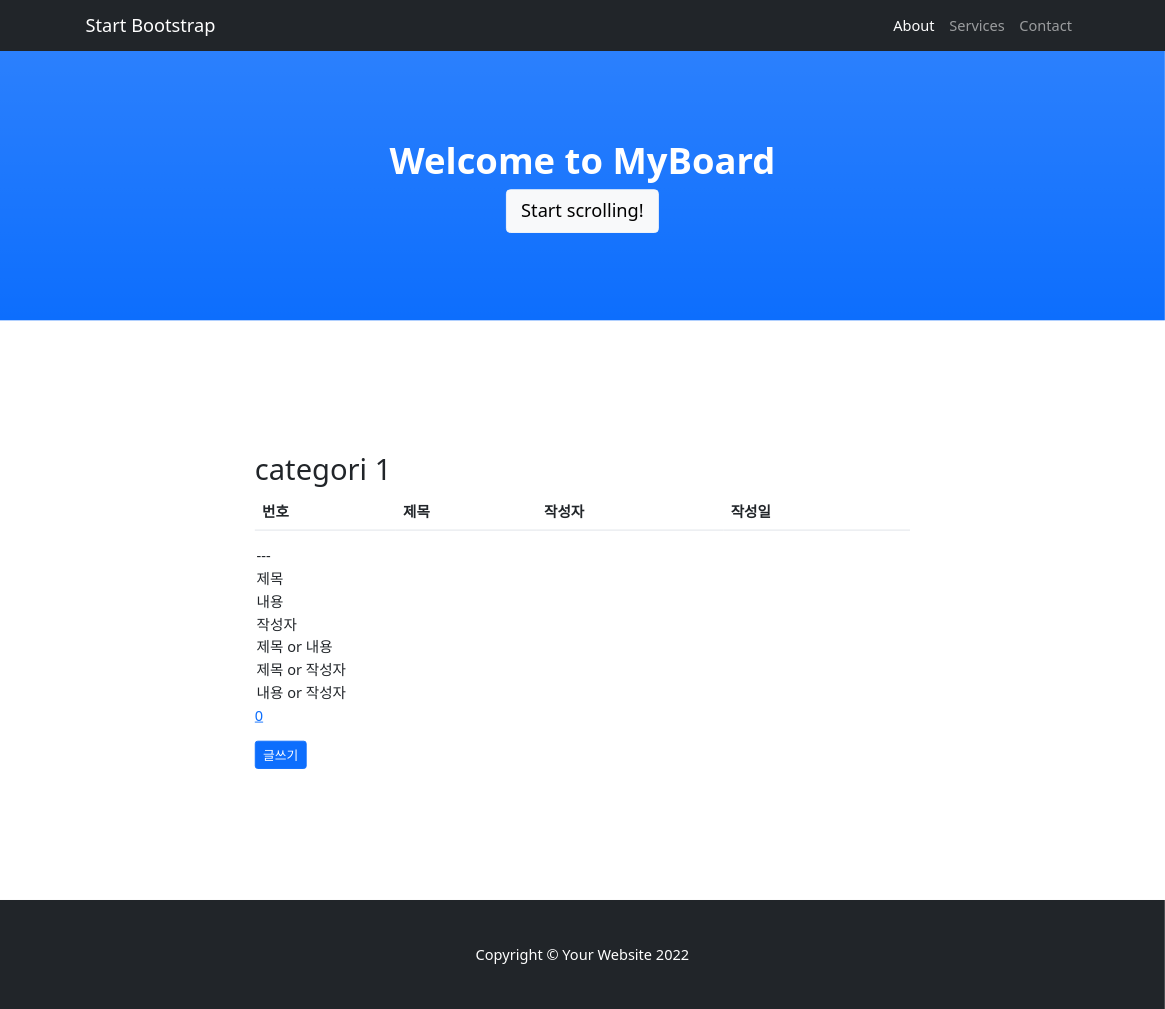
Repository: rlarmsdn2999/SpringWebProject
Page: http://localhost/myboard/WEB-INF/views/board/list.jsp
The author's editor kept a copy of each file at every save. The page is drawn from the files as they stood at one save, then again after the next save.
The browser window is 1280 px wide. The pictures show the whole page, at 91% of full size.
The page is served by Tomcat 9. Nobody is signed in. The template is opened directly, without the code that normally fills it, so the values that code supplies are empty.

Above is the page before, as saved 2022-12-27 07:03:24.

After the next save:
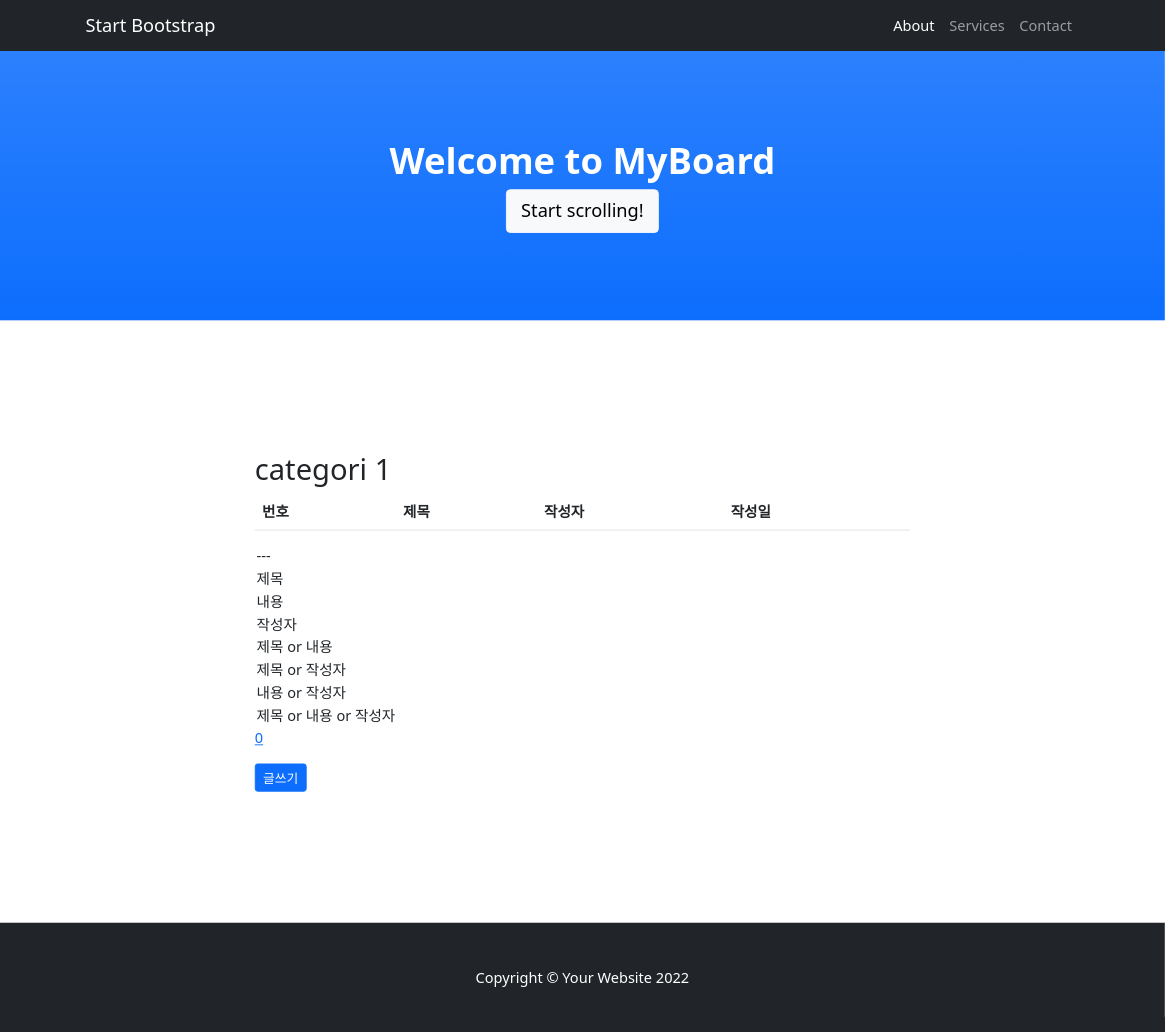
Saved 23 s later.
--- a/myboard/myboard/src/main/webapp/WEB-INF/views/board/list.jsp
+++ b/myboard/myboard/src/main/webapp/WEB-INF/views/board/list.jsp
@@ -83,6 +83,7 @@
 								<option value="TC">제목 or 내용</option>
 								<option value="TW">제목 or 작성자</option>
 								<option value="WC">내용 or 작성자</option>
+								<option value="TCW">제목 or 내용 or 작성자</option>
 							</form>
 						</div>
 					</div>
